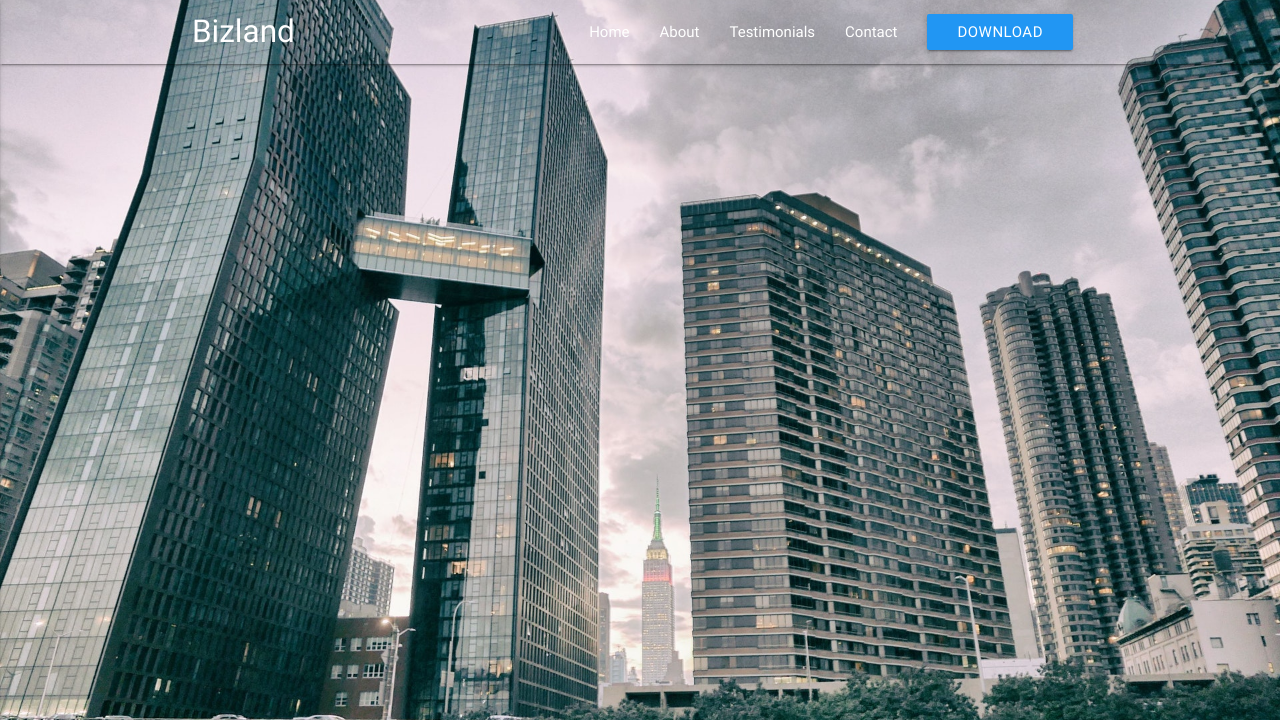
Repository: farrdy/bizland
Page: index.html
The author's editor kept a copy of each file at every save. The page is drawn from the files as they stood at one save, then again after the next save.
The browser window is 1280 px wide. The pictures show the whole page.
Some web libraries are served in a nearby version.

Above is the page before, as saved 2020-01-04 08:52:59.

### index.html
<!DOCTYPE html>
<html>
  <head>
    <!--Import Google Icon Font-->
    <link
      href="https://fonts.googleapis.com/icon?family=Material+Icons"
      rel="stylesheet"
    />
    <!--Import materialize.css-->
    <link
      type="text/css"
      rel="stylesheet"
      href="css/materialize.min.css"
      media="screen,projection"
    />
    <link type="text/css" rel="stylesheet" href="css/main.css" />
    <!--Let browser know website is optimized for mobile-->
    <meta name="viewport" content="width=device-width, initial-scale=1.0" />
    <title>Bizland Theme</title>
  </head>

  <body>
    <header class="main-header">
      <div class="primary-overlay">
        <div class="navbar-fixed">
          <nav class="transparent">
            <div class="container">
              <div class="nav-wrapper">
                <a href="#home" class="brand-logo">Bizland</a>
                <a href="#" class="button-collapse" data-activates="mobile-nav">
                  <i class="material-icons">menu</i>
                </a>
                <ul class=" right hide-on-med-and-down">
                  <li>
                    <a href="#home">Home</a>
                  </li>
                  <li>
                    <a href="#about">About</a>
                  </li>
                  <li>
                    <a href="#testimonials">Testimonials</a>
                  </li>
                  <li>
                    <a href="#contact">Contact</a>
                  </li>
                  <li>
                    <a href="#" class="btn blue">Download</a>
                  </li>
                </ul>
              </div>
            </div>
          </nav>
        </div>
        <ul class="side-nav" id="mobile-nav">
          <h4 class="blue-grey darken-3  center">
            Bizland
          </h4>
          <li>
            <a href="#" class="devider"></a>
          </li>
          <li>
            <a href="#home">Home</a>
          </li>
          <li>
            <a href="#about">About</a>
          </li>
          <li>
            <a href="#testimonials">Testimonials</a>
          </li>
          <li>
            <a href="#contact">Contact</a>
          </li>
        </ul>
      </div>
    </header>

    <!--Import jQuery before materialize.js-->
    <script
      type="text/javascript"
      src="https://code.jquery.com/jquery-3.2.1.min.js"
    ></script>
    <script type="text/javascript" src="js/materialize.min.js"></script>
    <script>
      $(document).ready(function() {
        $(".button-collapse").sideNav();
      });
    </script>
  </body>
</html>

### css/main.css
.main-header {
  background: url(../img/showcase.jpg);
  background-size: cover;
  background-position: center;
  height: 100vh;
  min-height: 600px;
  color: #fff;
  position: relative;
}

Loaded but not shown: css/materialize.min.css (library); js/materialize.min.js (library)

After the next save:
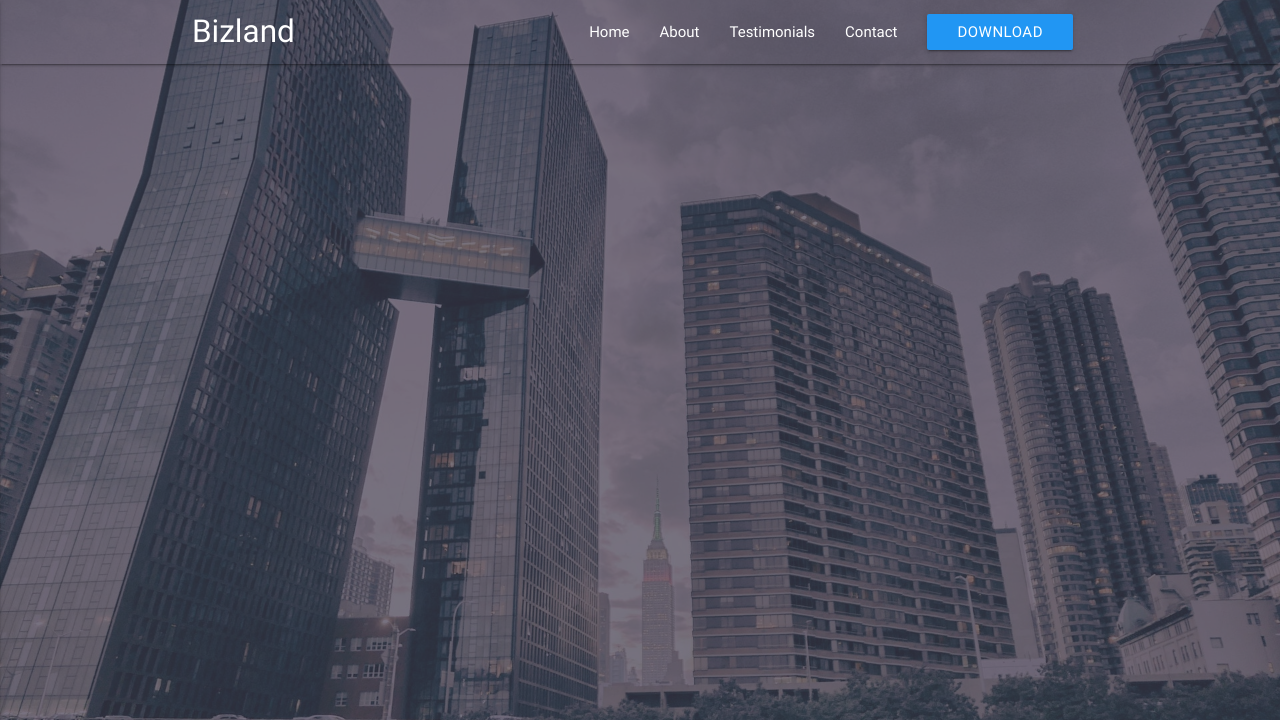
Saved 3 min 59 s later.
--- a/css/main.css
+++ b/css/main.css
@@ -1,3 +1,12 @@
+.primary-overlay {
+  background: rgba(63, 57, 77, 0.7);
+  position: absolute;
+  top: 0;
+  left: 0;
+  width: 100%;
+  height: 100%;
+}
+
 .main-header {
   background: url(../img/showcase.jpg);
   background-size: cover;
